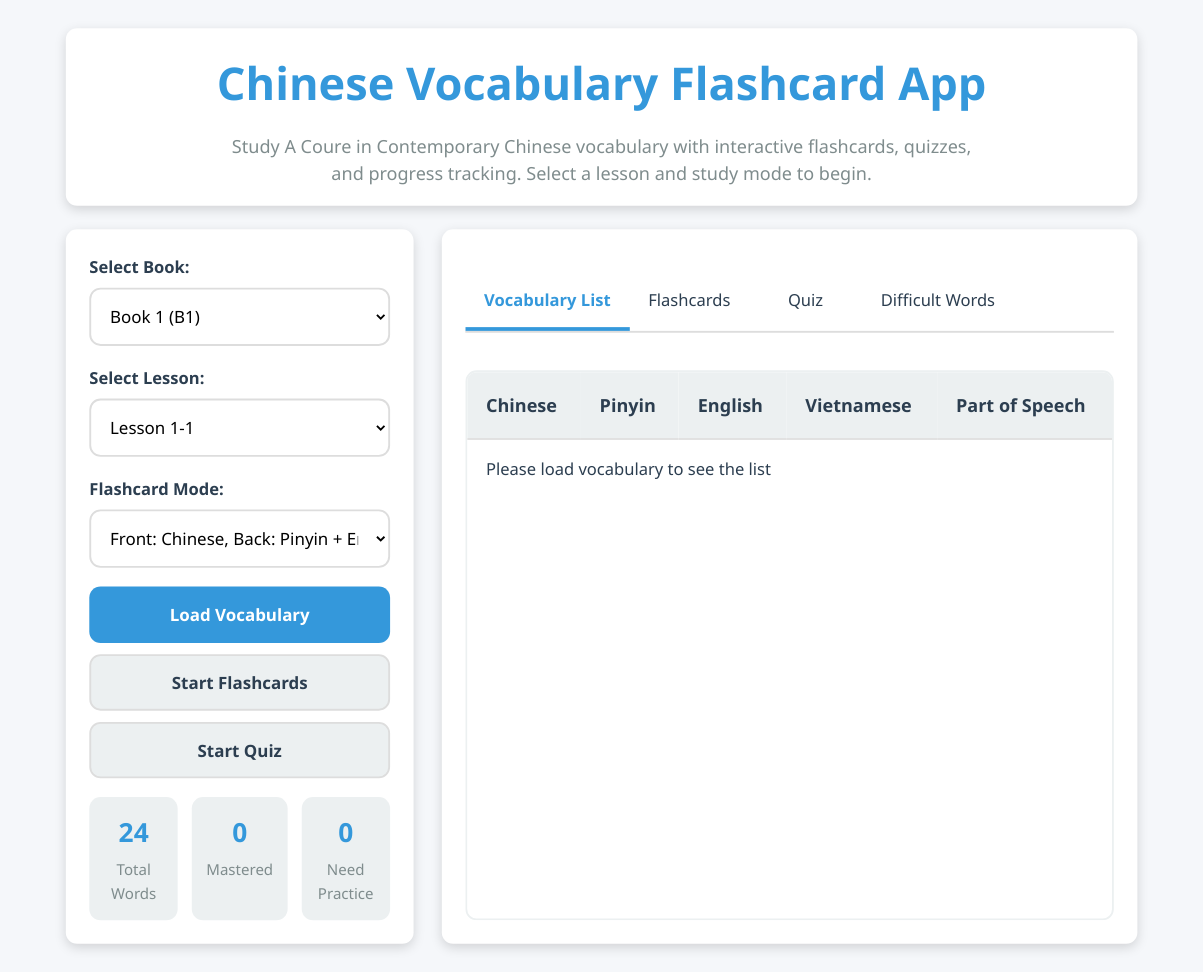
Repository: fangdongyzu/dangdaiflashcards
Page: index.html
The author's editor kept a copy of each file at every save. The page is drawn from the files as they stood at one save, then again after the next save.
The browser window is 1280 px wide. The pictures show the whole page, at 94% of full size.

Above is the page before, as saved 2025-11-03 22:51:20.

### index.html
<!DOCTYPE html>
<html lang="en">
<head>
    <meta charset="UTF-8">
    <meta name="viewport" content="width=device-width, initial-scale=1.0">
    <title>Chinese Vocabulary Flashcard App</title>
    <link rel="stylesheet" href="styles.css">
</head>
<body>
    <div class="container">
        <header>
            <h1>Chinese Vocabulary Flashcard App</h1>
            <p class="app-description">Study A Coure in Contemporary Chinese vocabulary with interactive flashcards, quizzes, and progress tracking. Select a lesson and study mode to begin.</p>
        </header>

        <div class="main-content">
            <div class="control-panel">
                <div class="form-group">
                    <label for="book-select">Select Book:</label>
                    <select id="book-select">
                        <option value="B1">Book 1 (B1)</option>
                        <option value="B2">Book 2 (B2)</option>
                        <option value="B3">Book 3 (B3)</option>
                        <option value="B4">Book 4 (B4)</option>
                        <option value="B5">Book 5 (B5)</option>
                        <option value="B6">Book 6 (B6)</option>
                    </select>
                </div>

                <div class="form-group">
                    <label for="lesson-select">Select Lesson:</label>
                    <select id="lesson-select">
                        <!-- Lessons will be populated by JavaScript -->
                    </select>
                </div>

                <div class="form-group">
                    <label for="mode-select">Flashcard Mode:</label>
                    <select id="mode-select">
                        <option value="chinese-front">Front: Chinese, Back: Pinyin + English + Vietnamese</option>
                        <option value="pinyin-front">Front: Pinyin, Back: Chinese + English + Vietnamese</option>
                        <option value="english-front">Front: English, Back: Chinese + Pinyin + Vietnamese</option>
                        <option value="vietnamese-front">Front: Vietnamese, Back: Chinese + Pinyin + English</option>
                    </select>
                </div>

                <div class="button-group">
                    <button id="load-vocab-btn" class="btn primary">Load Vocabulary</button>
                    <button id="start-flashcards-btn" class="btn secondary">Start Flashcards</button>
                    <button id="start-quiz-btn" class="btn secondary">Start Quiz</button>
                </div>

                <div class="stats">
                    <div class="stat-item">
                        <div class="stat-value" id="total-words">0</div>
                        <div class="stat-label">Total Words</div>
                    </div>
                    <div class="stat-item">
                        <div class="stat-value" id="mastered-words">0</div>
                        <div class="stat-label">Mastered</div>
                    </div>
                    <div class="stat-item">
                        <div class="stat-value" id="difficult-words">0</div>
                        <div class="stat-label">Need Practice</div>
                    </div>
                </div>

                <div class="loading-indicator hidden" id="loading-indicator">
                    <div class="loading-spinner"></div>
                    <p>Loading vocabulary data...</p>
                </div>
            </div>

            <div class="study-area">
                <div class="tab-container">
                    <div class="tabs">
                        <div class="tab active" data-tab="vocabulary">Vocabulary List</div>
                        <div class="tab" data-tab="flashcards">Flashcards</div>
                        <div class="tab" data-tab="quiz">Quiz</div>
                        <div class="tab" data-tab="difficult">Difficult Words</div>
                    </div>

                    <div class="tab-content active" id="vocabulary-content">
                        <div class="vocabulary-list">
                            <table class="vocabulary-table">
                                <thead>
                                    <tr>
                                        <th>Chinese</th>
                                        <th>Pinyin</th>
                                        <th>English</th>
                                        <th>Vietnamese</th>
                                        <th>Part of Speech</th>
                                    </tr>
                                </thead>
                                <tbody id="vocabulary-table-body">
                                    <tr>
                                        <td colspan="5" class="text-center">Please load vocabulary to see the list</td>
                                    </tr>
                                </tbody>
                            </table>
                        </div>
                    </div>

                    <div class="tab-content" id="flashcards-content">
                        <div class="flashcard" id="flashcard">
                            <div class="flashcard-inner">
                                <div class="flashcard-front">
                                    <div class="chinese-character" id="flashcard-front-content">請選擇課程</div>
                                </div>
                                <div class="flashcard-back">
                                    <div class="flashcard-content" id="flashcard-back-content">Please select a lesson</div>
                                </div>
                            </div>
                        </div>
                        <div class="flashcard-controls">
                            <button id="prev-card-btn" class="btn secondary">Previous</button>
                            <button id="flip-card-btn" class="btn primary">Flip Card</button>
                            <button id="next-card-btn" class="btn secondary">Next</button>
                            <button id="mark-difficult-btn" class="btn warning">Mark Difficult</button>
                            <button id="mark-mastered-btn" class="btn success">Mark Mastered</button>
                        </div>
                        <div class="progress-info">
                            <div class="progress-text" id="progress-text">Card 0 of 0</div>
                            <div class="progress-bar">
                                <div class="progress" id="flashcard-progress"></div>
                            </div>
                        </div>
                    </div>

                    <div class="tab-content" id="quiz-content">
                        <div class="quiz-setup" id="quiz-setup">
                            <h3>Choose Quiz Type</h3>
                            <div class="quiz-type-selection">
                                <div class="quiz-type-option" data-quiz-type="chinese-english">
                                    <div class="quiz-type-icon">🇨🇳 → 🇺🇸</div>
                                    <div class="quiz-type-info">
                                        <h4>Chinese → English</h4>
                                        <p>Test your English translation skills</p>
                                    </div>
                                </div>
                                <div class="quiz-type-option" data-quiz-type="chinese-vietnamese">
                                    <div class="quiz-type-icon">🇨🇳 → 🇻🇳</div>
                                    <div class="quiz-type-info">
                                        <h4>Chinese → Vietnamese</h4>
                                        <p>Test your Vietnamese translation skills</p>
                                    </div>
                                </div>
                                <div class="quiz-type-option" data-quiz-type="chinese-pinyin">
                                    <div class="quiz-type-icon">🇨🇳 → 📝</div>
                                    <div class="quiz-type-info">
                                        <h4>Chinese → Pinyin</h4>
                                        <p>Test your pinyin knowledge</p>
                                    </div>
                                </div>
                                <div class="quiz-type-option" data-quiz-type="mixed">
                                    <div class="quiz-type-icon">🎲</div>
                                    <div class="quiz-type-info">
                                        <h4>Mixed Questions</h4>
                                        <p>Random combination of all question types</p>
                                    </div>
                                </div>
                            </div>
                            <div class="quiz-start-controls">
                                <button id="start-selected-quiz" class="btn primary" disabled>Start Selected Quiz</button>
                            </div>
                        </div>

                        <div class="quiz-container hidden" id="quiz-container">
                            <div class="quiz-question" id="quiz-question">Loading question...</div>
                            <div class="quiz-options" id="quiz-options">
                                <!-- Quiz options will be populated by JavaScript -->
                            </div>
                            <div class="quiz-feedback" id="quiz-feedback"></div>
                            <div class="quiz-controls">
                                <button id="next-question-btn" class="btn primary hidden">Next Question</button>
                            </div>
                            <div class="progress-info">
                                <div class="progress-text" id="quiz-progress-text">Question 0 of 0</div>
                                <div class="progress-bar">
                                    <div class="progress" id="quiz-progress"></div>
                                </div>
                            </div>
                        </div>
                    </div>

                    <div class="tab-content" id="difficult-content">
                        <div class="difficult-words">
                            <h3>Words Needing Practice</h3>
                            <ul class="difficult-words-list" id="difficult-words-list">
                                <li class="difficult-word text-center">No difficult words yet. Keep studying!</li>
                            </ul>
                            <div class="difficult-words-controls">
                                <button id="practice-difficult-btn" class="btn primary">Practice These Words</button>
                                <button id="clear-difficult-btn" class="btn warning">Clear List</button>
                            </div>
                        </div>
                    </div>
                </div>
            </div>
        </div>
    </div>

    <script src="script.js"></script>
</body>
</html>

Loaded but not shown: script.js (1231 lines, source omitted); styles.css (975 lines, source omitted)

After the next save:
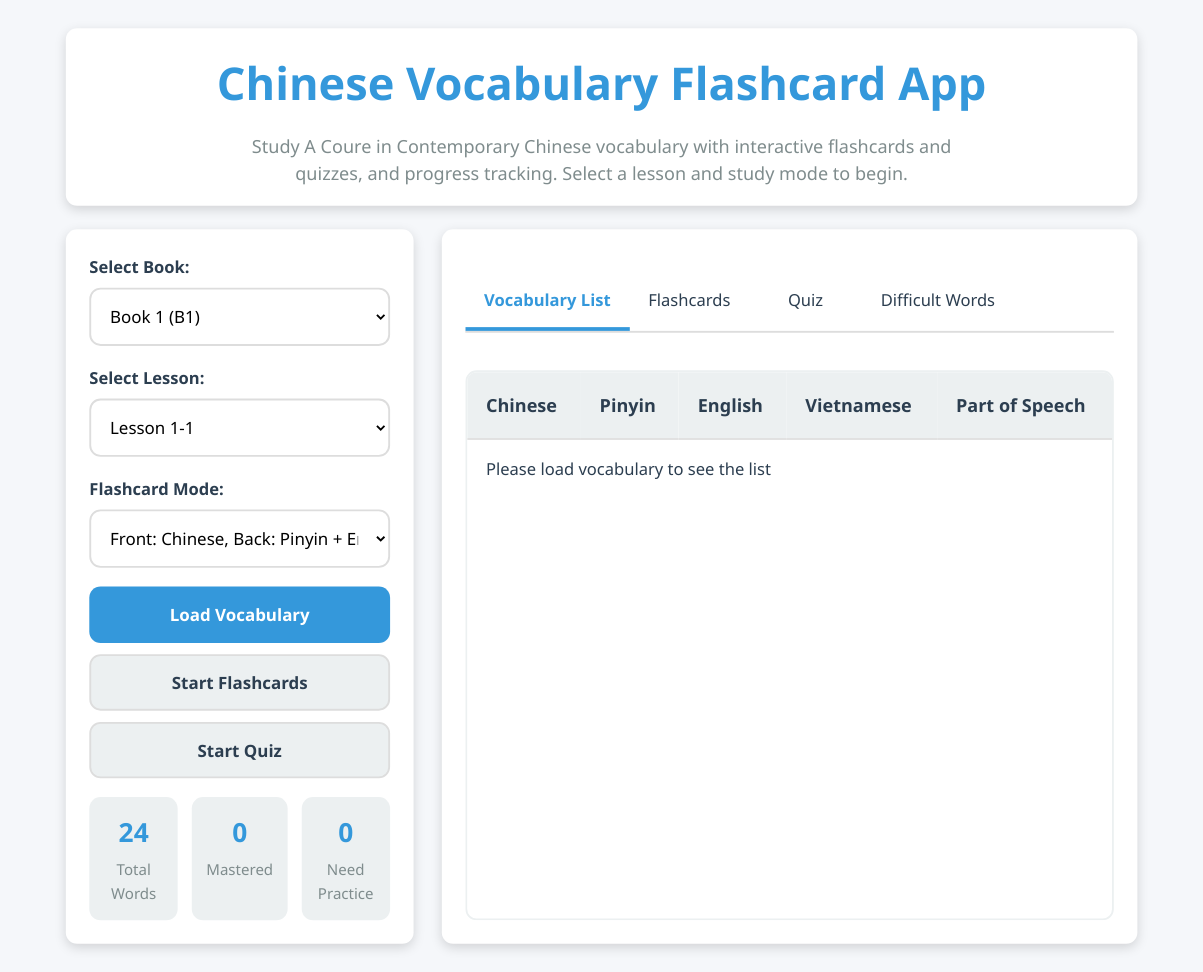
Saved 11 s later.
--- a/index.html
+++ b/index.html
@@ -10,7 +10,7 @@
     <div class="container">
         <header>
             <h1>Chinese Vocabulary Flashcard App</h1>
-            <p class="app-description">Study A Coure in Contemporary Chinese vocabulary with interactive flashcards, quizzes, and progress tracking. Select a lesson and study mode to begin.</p>
+            <p class="app-description">Study A Coure in Contemporary Chinese vocabulary with interactive flashcards and quizzes, and progress tracking. Select a lesson and study mode to begin.</p>
         </header>
 
         <div class="main-content">
